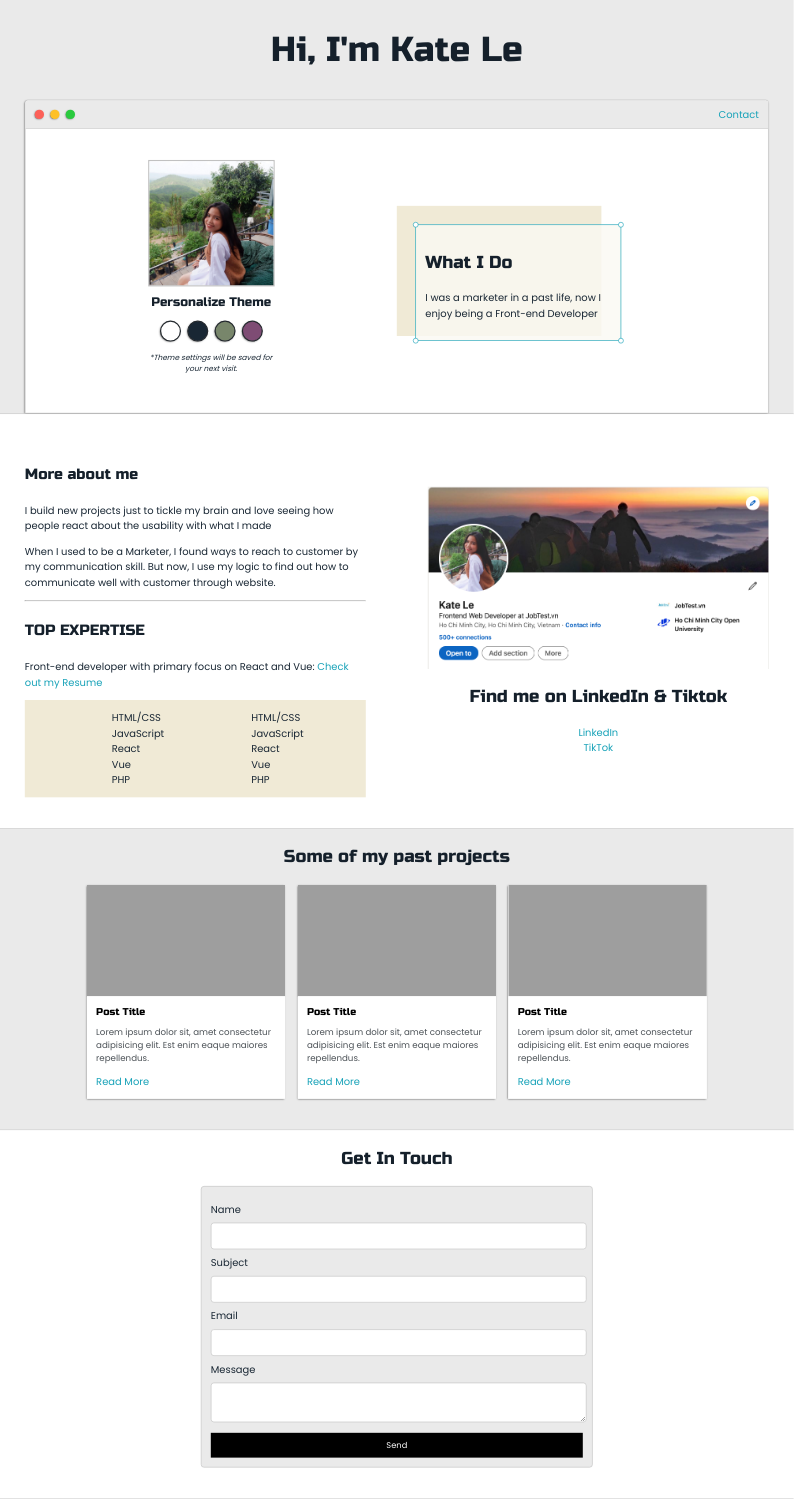
Repository: kate30980/my-persponal-website
Page: index.html
The author's editor kept a copy of each file at every save. The page is drawn from the files as they stood at one save, then again after the next save.
The browser window is 1280 px wide. The pictures show the whole page, at 62% of full size.
Pictures or frames that could not be fetched are drawn as grey boxes.

Above is the page before, as saved 2021-08-27 20:51:01.

### index.html
<!DOCTYPE html>
<html lang="en">

<head>
    <meta charset="UTF-8">
    <meta http-equiv="X-UA-Compatible" content="IE=edge">
    <meta name="viewport" content="width=device-width, initial-scale=1.0">
    <title>Kate Le</title>
    <link rel="preconnect" href="https://fonts.googleapis.com">
    <link rel="preconnect" href="https://fonts.gstatic.com" crossorigin>
    <link rel="preconnect" href="https://fonts.googleapis.com">
    <link rel="preconnect" href="https://fonts.gstatic.com" crossorigin>
    <link href="https://fonts.googleapis.com/css2?family=Poppins:wght@300;400;600;700&family=Russo+One&display=swap"
        rel="stylesheet">
    <link rel="stylesheet" href="main.css">
    <link id="theme-style" type="text/css" rel="stylesheet" href="blue.css">
</head>

<body>

    <section class="s1">
        <div class="main-container">
            <div class="greeting-wrapper">
                <h1>Hi, I'm Kate Le</h1>
            </div>

            <div class="intro-wrapper">
                <div class="nav-wrapper">
                    <div class="dots-wrapper">
                        <div id="dot-1" class="browser-dot"></div>
                        <div id="dot-2" class="browser-dot"></div>
                        <div id="dot-3" class="browser-dot"></div>
                    </div>
                    <ul id="navigation">
                        <li>
                            <a href="#">Contact</a>
                        </li>
                    </ul>
                </div>
                <div class="left-column">
                    <img id="profile-pic" src="./images/IMG_2624.JPG" alt="img-kate">
                    <h5 style="text-align:center;line-height:0; margin: 25px">Personalize Theme</h5>

                    <div id="theme-options-wrapper">
                        <div id="light-mode" class="theme-dot"></div>
                        <div id="blue-mode" class="theme-dot"></div>
                        <div id="green-mode" class="theme-dot"></div>
                        <div id="purple-mode" class="theme-dot"></div>
                    </div>

                    <p id="settings-note">*Theme settings will be saved for <br> your next visit.</p>
                </div>
                <div class="right-column">

                    <div id="preview-shadow">
                        <div id="preview">
                            <div id="corner-tl" class="corner"></div>
                            <div id="corner-tr" class="corner"></div>
                            <h3>What I Do</h3>
                            <p>I was a marketer in a past life, now I enjoy being a Front-end Developer</p>
                            <div id="corner-br" class="corner"></div>
                            <div id="corner-bl" class="corner"></div>
                        </div>
                    </div>

                </div>
            </div>

        </div>
    </section>

    <section class="s2">
        <div class="main-container">

            <div class="about-wrapper">
                <div class="about-me">
                    <h4>More about me</h4>
                    <p>I build new projects just to tickle my brain and love seeing how people react about the usability
                        with what I made</p>
                    <p>When I used to be a Marketer, I found ways to reach to customer by my communication skill. But
                        now, I use my logic to find out how to communicate well with customer through website.</p>


                    <hr>

                    <h4>TOP EXPERTISE</h4>
                    <p>Front-end developer with primary focus on React and Vue: <a target="_blank"
                            href="CV-HAN-LE-FRONTEND-DEV.pdf">Check
                            out my Resume</a></p>

                    <div id="skills">
                        <ul>
                            <li>HTML/CSS</li>
                            <li>JavaScript</li>
                            <li>React</li>
                            <li>Vue</li>
                            <li>PHP</li>
                        </ul>
                        <ul>
                            <li>HTML/CSS</li>
                            <li>JavaScript</li>
                            <li>React</li>
                            <li>Vue</li>
                            <li>PHP</li>
                        </ul>
                    </div>

                </div>
                <div class="social-links">
                    <img id="social-img" src="./images/linkedIn-2021-08-26 at 22.24.05.png" alt="linkedIn">
                    <h3>Find me on LinkedIn & Tiktok</h3>
                    <a target="_blank" href="https://www.linkedin.com/in/kate-le-38099/">LinkedIn</a>
                    <a target="_blank" href="#">TikTok</a>
                </div>
            </div>

        </div>
    </section>

    <section class="s1">
        <div class="main-container">
            <h3 style="text-align:center">Some of my past projects</h3>
            <div class="post-wrapper">
                <div>
                    <div class="post">
                        <img class="thumbnail"
                            src="https://images.unsplash.com/photo-1555952494-efd681c7e3f9?ixid=MnwxMjA3fDB8MHxzZWFyY2h8ODN8fGFwcGxpY2F0aW9ufGVufDB8fDB8fA%3D%3D&ixlib=rb-1.2.1&auto=format&fit=crop&w=800&q=60"
                            alt="img-post">
                        <div class="post-preview">
                            <h6 class="post-title">Post Title</h6>
                            <p class="post-intro">Lorem ipsum dolor sit, amet consectetur adipisicing elit. Est enim
                                eaque
                                maiores repellendus.</p>
                            <a href="post.html">Read More</a>
                        </div>
                    </div>
                </div>

                <div>
                    <div class="post">
                        <img class="thumbnail"
                            src="https://images.unsplash.com/photo-1552238979-402eb7a9258c?ixid=MnwxMjA3fDB8MHxwaG90by1wYWdlfHx8fGVufDB8fHx8&ixlib=rb-1.2.1&auto=format&fit=crop&w=990&q=80"
                            alt="img-post">
                        <div class="post-preview">
                            <h6 class="post-title">Post Title</h6>
                            <p class="post-intro">Lorem ipsum dolor sit, amet consectetur adipisicing elit. Est enim
                                eaque
                                maiores repellendus.</p>
                            <a href="post.html">Read More</a>
                        </div>
                    </div>
                </div>

                <div>
                    <div class="post">
                        <img class="thumbnail"
                            src="https://images.unsplash.com/photo-1551650975-87deedd944c3?ixlib=rb-1.2.1&ixid=MnwxMjA3fDB8MHxzZWFyY2h8Mnx8YXBwbGljYXRpb258ZW58MHx8MHx8&auto=format&fit=crop&w=800&q=60"
                            alt="img-post">
                        <div class="post-preview">
                            <h6 class="post-title">Post Title</h6>
                            <p class="post-intro">Lorem ipsum dolor sit, amet consectetur adipisicing elit. Est enim
                                eaque
                                maiores repellendus.</p>
                            <a href="#">Read More</a>
                        </div>
                    </div>
                </div>
            </div>
        </div>
    </section>

    <section class="s2">
        <div class="main-container">
            <h3 style="text-align:center">Get In Touch</h3>

            <form id="contact-form">

                <label>Name</label>
                <input type="text" class="input-field" name="name">
                <label>Subject</label>
                <input type="text" class="input-field" name="subject">
                <label>Email</label>
                <input type="text" class="input-field" name="email">
                <label>Message</label>
                <textarea class="input-field" name="message"></textarea>

                <input id="submit-btn" type="submit" value="Send">
            </form>
        </div>
    </section>

</body>

</html>

### main.css
:root {
  --mainText: black;
  --secondaryText: #4b5156;

  --mainColor: #eaeaea;
  --secondaryColor: #fff;

  --borderColor: #c1c1c1;
  --themeDotBorder: #24292e;

  --previewBg: rgba(251, 249, 243, 0.8);
  --previewShadow: #f0ead6;

  --buttonColor: #000;
}

html,
body {
  padding: 0;
  margin: 0;
  font-family: "Poppins", sans-serif;
}
h1,
h2,
h3,
h4,
h5,
h6,
strong {
  color: var(--mainText);
  font-family: "Russo One", sans-serif;
  font-weight: 500;
}

p,
li,
span,
label,
input,
textarea,
select {
  color: var(--secondaryText);
  font-family: "Poppins", sans-serif;
}
ul {
  list-style: none;
}

a {
  text-decoration: none;
  color: #17a2b8;
}

h1 {
  font-size: 56px;
}
h2 {
  font-size: 36px;
}
h3 {
  font-size: 28px;
}
h4 {
  font-size: 24px;
}
h5 {
  font-size: 20px;
}
h6 {
  font-size: 16px;
}

.s1 {
  background-color: var(--mainColor);
  border-bottom: 1px solid var(--borderColor);
  overflow: auto;
}
.s2 {
  background-color: var(--secondaryColor);
  border-bottom: 1px solid var(--borderColor);
  overflow: auto;
}
.main-container {
  width: 1200px;
  margin: 0 auto;
}
.greeting-wrapper {
  display: grid;
  text-align: center;
  align-content: center;
  min-height: 10em;
}

.intro-wrapper {
  background-color: var(--secondaryColor);
  border: 1px solid var(--borderColor);
  border-radius: 5px 5px 0 0;

  -webkit-box-shadow: -1px 1px 3px -1px rgba(0, 0, 0, 0.75);
  -moz-box-shadow: -1px 1px 3px -1px rgba(0, 0, 0, 0.75);
  box-shadow: -1px 1px 3px -1px rgba(0, 0, 0, 0.75);

  display: grid;
  grid-template-columns: 1fr 1fr;
  grid-template-areas:
    "nav-wrapper nav-wrapper"
    "left-column right-column";
}

#navigation {
  margin: 0;
  padding: 10px;
}
#navigation li {
  display: inline-block;
  margin-right: 5px;
  margin-left: 5px;
}

.dots-wrapper {
  display: flex;
  padding: 10px;
}

#dot-1 {
  background-color: #fc6058;
}
#dot-2 {
  background-color: #fec027;
}
#dot-3 {
  background-color: #2aca3e;
}

.browser-dot {
  background-color: black;
  height: 15px;
  width: 15px;
  border-radius: 50%;
  margin: 5px;

  -webkit-box-shadow: -1px 1px 3px -1px rgba(0, 0, 0, 0.75);
  -moz-box-shadow: -1px 1px 3px -1px rgba(0, 0, 0, 0.75);
  box-shadow: -1px 1px 3px -1px rgba(0, 0, 0, 0.75);
}

.nav-wrapper {
  grid-area: nav-wrapper;
  border-bottom: 1px solid var(--borderColor);
  display: flex;
  justify-content: space-between;
  align-items: center;
  background-color: var(--mainColor);
  border-radius: 5px 5px 0 0;
}
.left-column {
  grid-area: left-column;
  padding-top: 50px;
  padding-bottom: 50px;
}
#profile-pic {
  display: block;
  margin: auto;
  height: 200px;
  width: 200px;
  object-fit: cover;
  border: 2px solid var(--borderColor);
}

#theme-options-wrapper {
  display: flex;
  justify-content: center;
}

.theme-dot {
  height: 30px;
  width: 30px;
  border-radius: 50%;
  background-color: black;

  margin: 5px;
  border: 2px solid var(--themeDotBorder);

  -webkit-box-shadow: -1px 1px 3px -1px rgba(0, 0, 0, 0.75);
  -moz-box-shadow: -1px 1px 3px -1px rgba(0, 0, 0, 0.75);
  box-shadow: -1px 1px 3px -1px rgba(0, 0, 0, 0.75);
  cursor: pointer;
}

.theme-dot:hover {
  border-width: 5px;
}
#light-mode {
  background-color: #fff;
}
#blue-mode {
  background-color: #192734;
}
#green-mode {
  background-color: #78866b;
}
#purple-mode {
  background-color: #7e4c74;
}
#settings-note {
  font-size: 12px;
  font-style: italic;
  text-align: center;
}

.right-column {
  grid-area: right-column;
  display: grid;
  align-content: center;

  padding-top: 50px;
  padding-bottom: 50px;
}

#preview-shadow {
  background-color: var(--previewShadow);
  width: 300px;
  height: 180px;
  padding-left: 30px;
  padding-top: 30px;
}

#preview {
  width: 300px;
  border: 1.5px solid #17a2b8;
  background-color: var(--previewBg);
  padding: 15px;
  position: relative;
}
.corner {
  width: 7px;
  border: 1.5px solid #17a2b8;
  height: 7px;
  border-radius: 50%;
  background-color: #fff;
  position: absolute;
}
#corner-tl {
  top: -5px;
  left: -5px;
}
#corner-tr {
  top: -5px;
  right: -5px;
}
#corner-br {
  bottom: -5px;
  right: -5px;
}
#corner-bl {
  bottom: -5px;
  left: -5px;
}

.about-wrapper {
  display: grid;
  padding-bottom: 50px;
  padding-top: 50px;
  grid-template-columns: repeat(auto-fit, minmax(320px, 1fr));
  /*Repeat this action right here which tells us auto fit as many colums as we can into this row, however many colums will fil in there  and add them in there and repeat it this way with min max say that the column should never be smaller than 320px, so once we get to the point where it starts crushing it, go ahead and start naturally stacking those item*/
  gap: 100px;
}

#skills {
  display: flex;
  justify-content: space-evenly;
  background-color: var(--previewShadow);
}
.social-links {
  display: grid;
  align-content: center;
  text-align: center;
}
#social-img {
  width: 100%;
}
.post-wrapper {
  display: grid;
  grid-template-columns: repeat(auto-fit, 320px);
  gap: 20px;
  justify-content: center;
  padding-bottom: 50px;
}
.post {
  border: 1ox solid (var(--borderColor));
  -webkit-box-shadow: -1px 1px 3px -1px rgba(0, 0, 0, 0.75);
  -moz-box-shadow: -1px 1px 3px -1px rgba(0, 0, 0, 0.75);
  box-shadow: -1px 1px 3px -1px rgba(0, 0, 0, 0.75);
}
.thumbnail {
  width: 100%;
  height: 180px;
  display: block;
  object-fit: cover;
}
.post-preview {
  background-color: #fff;
  padding: 15px;
}
.post-title {
  color: black;
  margin: 0;
}
.post-intro {
  color: #4b5156;
  font-size: 14px;
}
#contact-form {
  display: block;
  max-width: 600px;
  margin: 0 auto;
  border: 1px solid var(--borderColor);
  padding: 15px;
  border-radius: 5px;
  background-color: var(--mainColor);
  margin-bottom: 50px;
}
#contact-form label {
  line-height: 2.7em;
}
.input-field {
  width: 100%;
  padding-top: 10px;
  padding-bottom: 10px;
  background-color: var(--secondaryColor);
  border-radius: 5px;
  border: 1px solid var(--borderColor);
  font-size: 14px;
}
#submit-btn {
  margin-top: 10px;
  width: 100%;
  padding-top: 10px;
  padding-bottom: 10px;
  color: #fff;
  background-color: var(--buttonColor);
  border: none;
}
@media screen and (max-width: 1200px) {
  .main-container {
    width: 95%;
  }
}
@media screen and (max-width: 800px) {
  .intro-wrapper {
    grid-template-columns: 1fr;
    grid-template-areas:
      "nav-wrapper"
      "left-column"
      "right-column";
  }
  .right-column {
    justify-content: center;
  }
}

### blue.css
:root {
  --mainText: #15202b;
  --secondaryText: #192734;

  --mainColor: #eaeaea;
  --secondaryColor: #fff;

  --borderColor: #c1c1c1;
  --themeDotBorder: #24292e;

  --previewBg: rgba(251, 249, 243, 0.8);
  --previewShadow: #f0ead6;

  --buttonColor: #000;
}

After the next save:
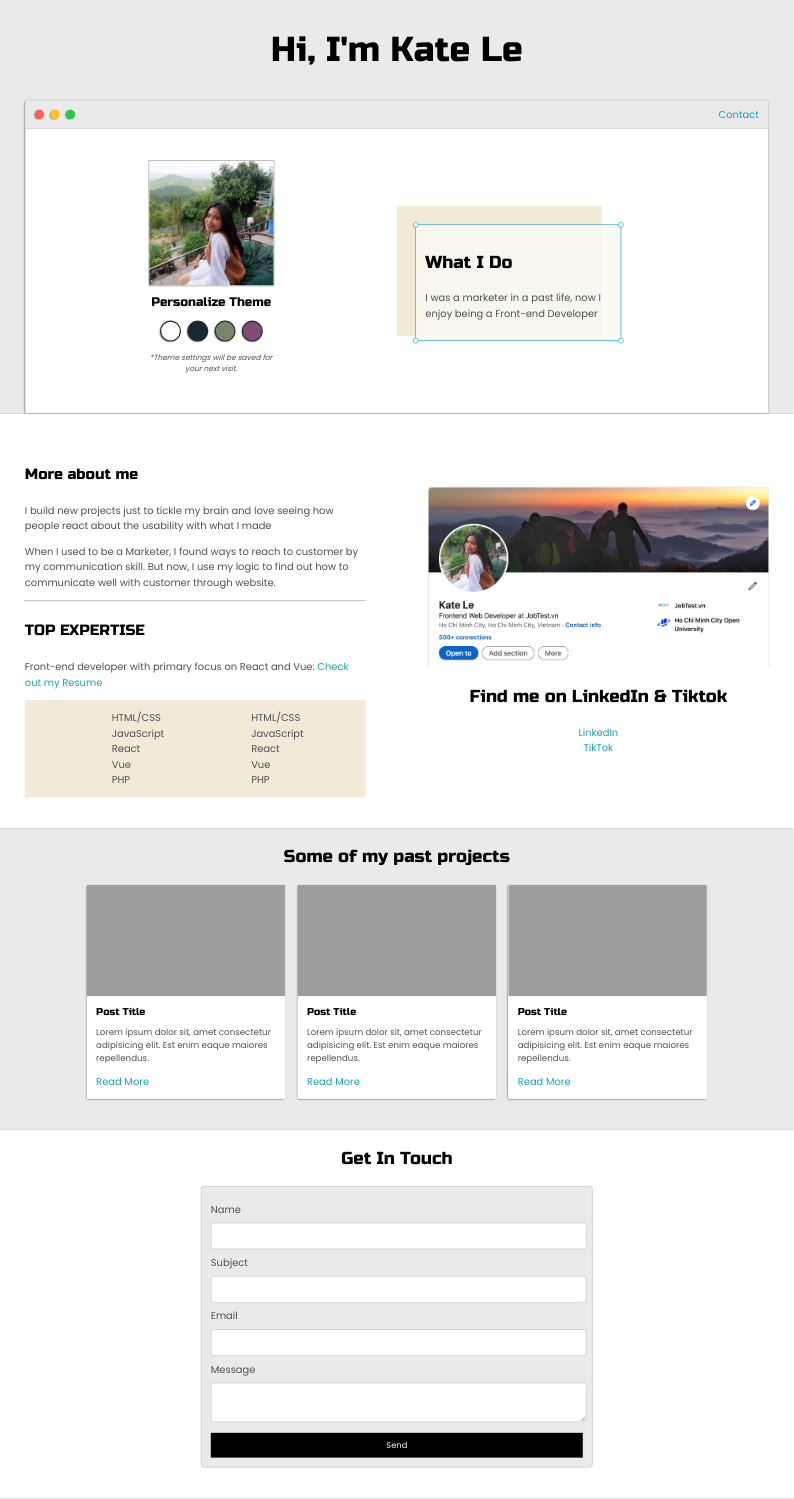
Saved 10 s later.
--- a/blue.css
+++ b/blue.css
@@ -1,6 +1,6 @@
 :root {
-  --mainText: #15202b;
-  --secondaryText: #192734;
+  --mainText: black;
+  --secondaryText: #4b5156;
 
   --mainColor: #eaeaea;
   --secondaryColor: #fff;
